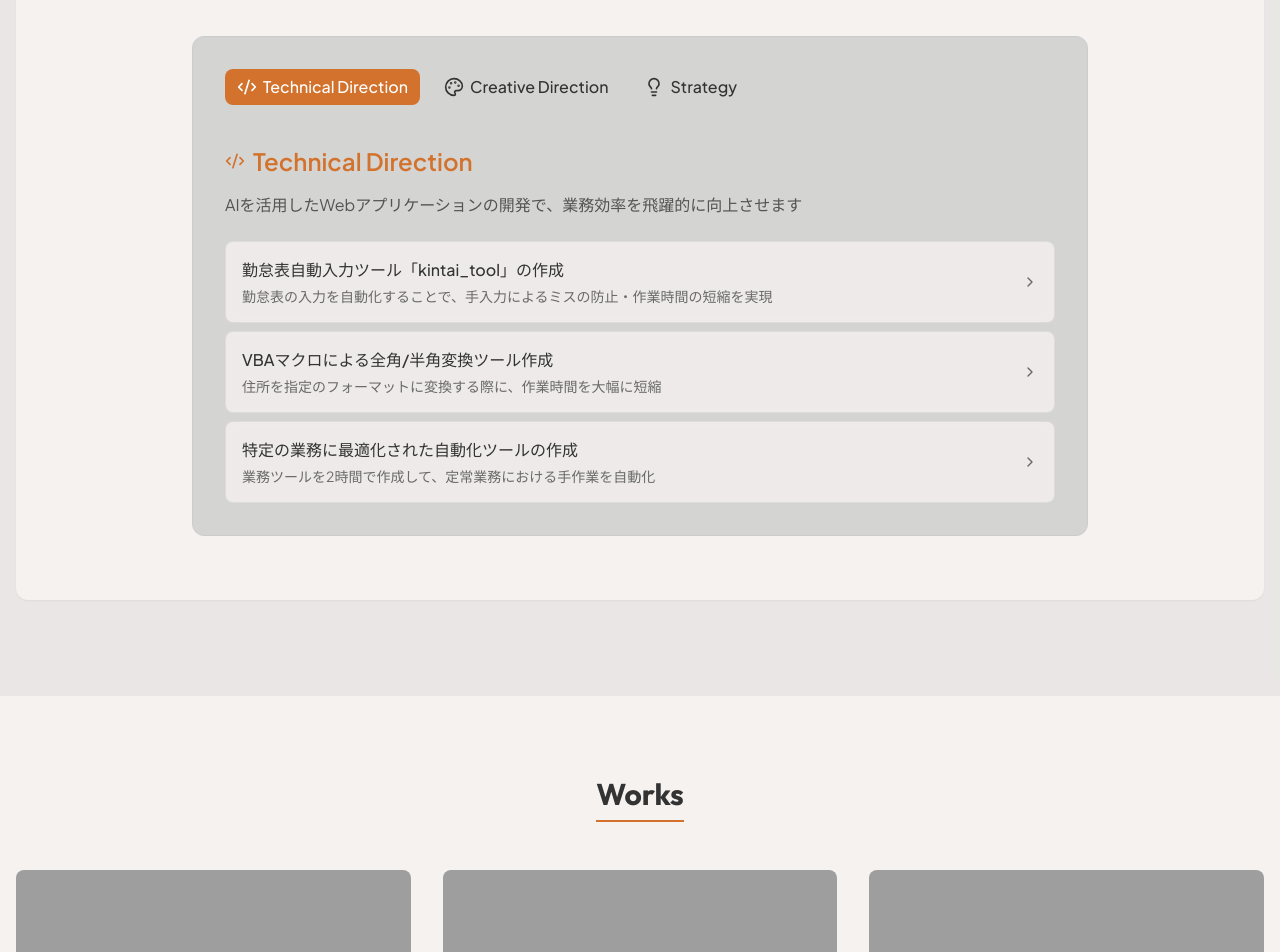
Repository: Tomo0108/portfolio_dot_tomo
Page: /
The author's editor kept a copy of each file at every save. The page is drawn from the files as they stood at one save, then again after a run of saves.
The browser window is 1280 px wide. The pictures show the part of the page from y = 1354 to 2306 px (the page is 3996 px tall).
Pictures or frames that could not be fetched are drawn as grey boxes. The page's requests for data from a server got no answer. The project was rebuilt for these pictures with package versions that can differ from the ones it lists, and the page was loaded fresh each time. The framework's server and built-in components were replaced by stand-ins that run in the browser. No one was signed in, and anything a server would have sent is missing. Also part of the build but not shown: next.config.js, components/loading-spinner.tsx.

Above is the page before, as saved 2025-03-23 16:46:24.

### app/layout.tsx
import './globals.css';
import type { Metadata } from 'next';
import { Outfit, Plus_Jakarta_Sans } from 'next/font/google';
import { ThemeProvider } from '@/components/theme-provider';
import { Toaster } from '@/components/ui/sonner';
import { Navigation } from '@/components/navigation';
import { Footer } from '@/components/footer';
import { cn } from '@/lib/utils';

const outfit = Outfit({
  subsets: ['latin'],
  variable: '--font-outfit',
});

const plusJakartaSans = Plus_Jakarta_Sans({
  subsets: ['latin'],
  variable: '--font-plus-jakarta-sans',
});

export const metadata: Metadata = {
  title: 'Portfolio | Tomo',
  description: 'Welcome to my portfolio website.',
};

export default function RootLayout({
  children,
}: {
  children: React.ReactNode;
}) {
  return (
    <html lang="en" suppressHydrationWarning>
      <body className={cn(
        outfit.variable,
        plusJakartaSans.variable,
        'min-h-screen bg-background font-sans antialiased'
      )}>
        <ThemeProvider
          attribute="class"
          defaultTheme="system"
          enableSystem
          disableTransitionOnChange
        >
          <Navigation />
          {children}
          <Footer />
          <Toaster />
        </ThemeProvider>
      </body>
    </html>
  );
}

### app/page.tsx
import { Suspense } from 'react';
import { Hero } from '@/components/sections/hero';
import { About } from '@/components/sections/about';
import { Works } from '@/components/sections/works';
import { ZennArticlesLoader } from '@/components/sections/zenn-articles-loader';
import { Gallery } from '@/components/sections/gallery';
import { Contact } from '@/components/sections/contact';
import { LoadingSpinner } from '@/components/loading-spinner';

export default function Home() {
  return (
    <div className="w-full">
      <Hero />
      <About />
      <Suspense fallback={<LoadingSpinner />}>
        <Works />
      </Suspense>
      <Suspense fallback={<LoadingSpinner />}>
        <ZennArticlesLoader />
      </Suspense>
      <Suspense fallback={<LoadingSpinner />}>
        <Gallery />
      </Suspense>
      <Contact />
    </div>
  );
}

### components/ui/sonner.tsx
'use client';

import { useTheme } from 'next-themes';
import { Toaster as Sonner } from 'sonner';

type ToasterProps = React.ComponentProps<typeof Sonner>;

const Toaster = ({ ...props }: ToasterProps) => {
  const { theme = 'system' } = useTheme();

  return (
    <Sonner
      theme={theme as ToasterProps['theme']}
      className="toaster group"
      toastOptions={{
        classNames: {
          toast:
            'group toast group-[.toaster]:bg-background group-[.toaster]:text-foreground group-[.toaster]:border-border group-[.toaster]:shadow-lg',
          description: 'group-[.toast]:text-muted-foreground',
          actionButton:
            'group-[.toast]:bg-primary group-[.toast]:text-primary-foreground',
          cancelButton:
            'group-[.toast]:bg-muted group-[.toast]:text-muted-foreground',
        },
      }}
      {...props}
    />
  );
};

export { Toaster };

### components/sections/hero.tsx
"use client";

import { motion } from 'framer-motion';
import { RotatingNav } from '../rotating-nav';

export function Hero() {
  return (
    <section className="section-hero min-h-screen flex items-center justify-center relative bg-background/80 overflow-hidden">
      <div className="relative w-[90vh] h-[90vh] max-w-[90vw] max-h-[90vw] mx-auto backdrop-blur-sm">
        <div className="absolute inset-0 flex items-center justify-center">
          <motion.div
            className="text-center space-y-8 hero-text transition-opacity duration-300 [.nav-paused_&]:opacity-50 relative z-20"
            initial={{ opacity: 0, scale: 0.9 }}
            animate={{ opacity: 1, scale: 1 }}
            transition={{ duration: 0.5 }}
          >
            <h1 className="heading-hero text-5xl md:text-6xl lg:text-7xl font-bold leading-tight">
              <span className="text-primary">Portfolio.ToMo</span>
            </h1>
          </motion.div>
        </div>
        <RotatingNav />
      </div>
    </section>
  );
}

### components/sections/works.tsx
"use client";

import { motion } from 'framer-motion';
import Image from 'next/image';
import { ExternalLink } from 'lucide-react';

const works = [
  {
    title: "ECサイトのリデザイン",
    description: "大手ECプラットフォームの全面的なリデザインを主導し、コンバージョン率を40%改善",
    image: "https://images.unsplash.com/photo-1661956602116-aa6865609028?w=800&q=80",
    link: "#"
  },
  {
    title: "コーポレートサイト開発",
    description: "ユーザー体験を重視したレスポンシブ対応のコーポレートサイトの開発を指揮",
    image: "https://images.unsplash.com/photo-1460925895917-afdab827c52f?w=800&q=80",
    link: "#"
  },
  {
    title: "モバイルアプリのUI/UXデザイン",
    description: "人気モバイルアプリケーションのユーザーインターフェースとエクスペリエンスデザインを担当",
    image: "https://images.unsplash.com/photo-1512941937669-90a1b58e7e9c?w=800&q=80",
    link: "#"
  }
];

export function Works() {
  return (
    <section id="works" className="section-works py-20">
      <div className="container mx-auto px-4">
        <motion.div
          initial={{ opacity: 0, y: 20 }}
          whileInView={{ opacity: 1, y: 0 }}
          viewport={{ once: true }}
          transition={{ duration: 0.8 }}
        >
          <h2 className="text-3xl font-bold font-heading text-center mb-12">
            <span className="inline-block border-b-2 border-primary pb-2">Works</span>
          </h2>
          <div className="grid md:grid-cols-2 lg:grid-cols-3 gap-8">
            {works.map((work, index) => (
              <motion.div
                key={work.title}
                className="group relative overflow-hidden rounded-lg"
                initial={{ opacity: 0, y: 20 }}
                whileInView={{ opacity: 1, y: 0 }}
                viewport={{ once: true }}
                transition={{ duration: 0.8, delay: index * 0.2 }}
              >
                <div className="relative aspect-video">
                  <Image
                    src={work.image}
                    alt={work.title}
                    fill
                    className="object-cover transition-transform group-hover:scale-105"
                  />
                </div>
                <div className="absolute inset-0 bg-black/60 opacity-0 group-hover:opacity-100 transition-opacity p-6 flex flex-col justify-end">
                  <h3 className="text-white text-xl font-semibold mb-2">{work.title}</h3>
                  <p className="text-white/80 text-sm mb-4">{work.description}</p>
                  <a
                    href={work.link}
                    className="inline-flex items-center text-white hover:text-white/80"
                    target="_blank"
                    rel="noopener noreferrer"
                  >
                    View Project <ExternalLink className="ml-2 h-4 w-4" />
                  </a>
                </div>
              </motion.div>
            ))}
          </div>
        </motion.div>
      </div>
    </section>
  );
}

### components/sections/zenn-articles-loader.tsx
import { fetchZennArticles } from '@/lib/zenn';
import { ZennArticles } from './zenn-articles';

export async function ZennArticlesLoader() {
  try {
    const articles = await fetchZennArticles('tomo0108');
    return <ZennArticles articles={articles} />;
  } catch (error) {
    console.error('Failed to load Zenn articles:', error);
    return <ZennArticles articles={[]} />;
  }
}

### components/sections/contact.tsx
"use client";

import { motion } from 'framer-motion';
import { Mail, MessageSquare, Send } from 'lucide-react';
import { Button } from '@/components/ui/button';
import { Input } from '@/components/ui/input';
import { Textarea } from '@/components/ui/textarea';
import { toast } from 'sonner';

export function Contact() {
  const handleSubmit = (e: React.FormEvent) => {
    e.preventDefault();
    toast.success('メッセージを送信しました！');
  };

  return (
    <section id="contact" className="py-20 bg-muted/50">
      <div className="container mx-auto px-4">
        <motion.div
          initial={{ opacity: 0, y: 20 }}
          whileInView={{ opacity: 1, y: 0 }}
          viewport={{ once: true }}
          transition={{ duration: 0.8 }}
          className="max-w-2xl mx-auto"
        >
          <h2 className="text-3xl font-bold text-center mb-12">Contact</h2>
          <form onSubmit={handleSubmit} className="space-y-6">
            <div>
              <label htmlFor="email" className="block text-sm font-medium mb-2">
                メールアドレス
              </label>
              <div className="relative">
                <Mail className="absolute left-3 top-3 h-5 w-5 text-muted-foreground" />
                <Input
                  id="email"
                  type="email"
                  placeholder="your@email.com"
                  className="pl-10"
                  required
                />
              </div>
            </div>
            <div>
              <label htmlFor="message" className="block text-sm font-medium mb-2">
                メッセージ
              </label>
              <div className="relative">
                <MessageSquare className="absolute left-3 top-3 h-5 w-5 text-muted-foreground" />
                <Textarea
                  id="message"
                  placeholder="メッセージを入力してください..."
                  className="pl-10 min-h-[150px]"
                  required
                />
              </div>
            </div>
            <Button type="submit" className="w-full">
              メッセージを送信
              <Send className="ml-2 h-4 w-4" />
            </Button>
          </form>
        </motion.div>
      </div>
    </section>
  );
}

### components/mode-toggle.tsx
"use client";

import * as React from "react";
import { Moon, Sun } from "lucide-react";
import { useTheme } from "next-themes";
import { Button } from "@/components/ui/button";

export function ModeToggle() {
  const { setTheme, theme } = useTheme();

  return (
    <Button
      variant="ghost"
      size="icon"
      onClick={() => setTheme(theme === "light" ? "dark" : "light")}
    >
      <Sun className="h-[1.2rem] w-[1.2rem] rotate-0 scale-100 transition-all dark:-rotate-90 dark:scale-0" />
      <Moon className="absolute h-[1.2rem] w-[1.2rem] rotate-90 scale-0 transition-all dark:rotate-0 dark:scale-100" />
      <span className="sr-only">Toggle theme</span>
    </Button>
  );
}

### lib/zenn.ts
interface ZennArticle {
  id: number;
  title: string;
  slug: string;
  published_at: string;
  liked_count: number;
  article_type: string;
  emoji: string;
  path: string;
}

interface ZennResponse {
  articles: ZennArticle[];
}

export async function fetchZennArticles(username: string) {
  const response = await fetch(`https://zenn.dev/api/articles?username=${username}`, {
    headers: {
      'Content-Type': 'application/json',
    },
    next: { revalidate: 3600 }, // 1時間ごとに再検証
  });

  if (!response.ok) {
    throw new Error('Failed to fetch Zenn articles');
  }

  const data: ZennResponse = await response.json();
  return data.articles.map(article => ({
    id: article.id,
    title: article.title,
    url: `https://zenn.dev${article.path}`,
    date: new Date(article.published_at).toISOString(),
    likes: article.liked_count,
    emoji: article.emoji,
  }));
}

### data/gallery.ts
export interface GalleryItem {
  id: string;
  title: string;
  description: string;
  image: string;
  details: {
    fullDescription: string;
    technologies: string[];
    images: {
      line: string;
      color: string;
      complete: string;
    };
  };
}

export const galleryItems: { [key: string]: GalleryItem } = {
  "1": {
    id: "1",
    title: "Nahida",
    description: "原神のキャラクター、ナヒーダのイラスト作品",
    image: "/gallery/genshin_nahida1.JPG",
    details: {
      fullDescription: "草神ナヒーダの優しさと知性を表現したイラスト作品です。",
      technologies: ["Procreate", "Digital Painting"],
      images: {
        line: "/gallery/genshin_nahida1_line.JPG",
        color: "/gallery/genshin_nahida1_color.JPG",
        complete: "/gallery/genshin_nahida1.JPG"
      }
    }
  },
  "2": {
    id: "2",
    title: "Nahida II",
    description: "原神のキャラクター、ナヒーダの第二イラスト作品",
    image: "/gallery/genshin_nahida2.JPG",
    details: {
      fullDescription: "草神ナヒーダの別の表情を描いた作品です。",
      technologies: ["Procreate", "Digital Painting"],
      images: {
        line: "/gallery/genshin_nahida2_line.JPG",
        color: "/gallery/genshin_nahida2_color.JPG",
        complete: "/gallery/genshin_nahida2.JPG"
      }
    }
  },
  "3": {
    id: "3",
    title: "Killua",
    description: "HUNTER×HUNTERのキャラクター、キルアのイラスト作品",
    image: "/gallery/hunterxhunter_kirua.JPG",
    details: {
      fullDescription: "キルアの少年らしい表情と強さを表現した作品です。",
      technologies: ["Procreate", "Digital Painting"],
      images: {
        line: "/gallery/hunterxhunter_kirua_line.JPG",
        color: "/gallery/hunterxhunter_kirua_color.JPG",
        complete: "/gallery/hunterxhunter_kirua.JPG"
      }
    }
  },
  "4": {
    id: "4",
    title: "Pokemon New Year [Dragon]",
    description: "ポケモンたちとのお正月をテーマにしたイラスト作品",
    image: "/gallery/pokemon_newyear.JPG",
    details: {
      fullDescription: "ポケモンたちと日本の伝統的なお正月を楽しむ様子を描いた作品です。",
      technologies: ["Procreate", "Digital Painting"],
      images: {
        line: "/gallery/pokemon_newyear_line.JPG",
        color: "/gallery/pokemon_newyear_color.JPG",
        complete: "/gallery/pokemon_newyear.JPG"
      }
    }
  },
  "5": {
    id: "5",
    title: "Pokemon Christmas",
    description: "ポケモンたちとのクリスマスをテーマにしたイラスト作品",
    image: "/gallery/pokemon-christmas.JPG",
    details: {
      fullDescription: "ポケモンたちとクリスマスを楽しむ様子を描いた作品です。",
      technologies: ["Procreate", "Digital Painting"],
      images: {
        line: "/gallery/pokemon-christmas_color_line.JPG",
        color: "/gallery/pokemon-christmas_color.JPG",
        complete: "/gallery/pokemon-christmas.JPG"
      }
    }
  }
};

### components/ui/button.tsx
import * as React from 'react';
import { Slot } from '@radix-ui/react-slot';
import { cva, type VariantProps } from 'class-variance-authority';

import { cn } from '@/lib/utils';

const buttonVariants = cva(
  'inline-flex items-center justify-center whitespace-nowrap rounded-md text-sm font-medium ring-offset-background transition-colors focus-visible:outline-none focus-visible:ring-2 focus-visible:ring-ring focus-visible:ring-offset-2 disabled:pointer-events-none disabled:opacity-50',
  {
    variants: {
      variant: {
        default: 'bg-primary text-primary-foreground hover:bg-primary/90',
        destructive:
          'bg-destructive text-destructive-foreground hover:bg-destructive/90',
        outline:
          'border border-input bg-background hover:bg-accent hover:text-accent-foreground',
        secondary:
          'bg-secondary text-secondary-foreground hover:bg-secondary/80',
        ghost: 'hover:bg-accent hover:text-accent-foreground',
        link: 'text-primary underline-offset-4 hover:underline',
      },
      size: {
        default: 'h-10 px-4 py-2',
        sm: 'h-9 rounded-md px-3',
        lg: 'h-11 rounded-md px-8',
        icon: 'h-10 w-10',
      },
    },
    defaultVariants: {
      variant: 'default',
      size: 'default',
    },
  }
);

export interface ButtonProps
  extends React.ButtonHTMLAttributes<HTMLButtonElement>,
    VariantProps<typeof buttonVariants> {
  asChild?: boolean;
}

const Button = React.forwardRef<HTMLButtonElement, ButtonProps>(
  ({ className, variant, size, asChild = false, ...props }, ref) => {
    const Comp = asChild ? Slot : 'button';
    return (
      <Comp
        className={cn(buttonVariants({ variant, size, className }))}
        ref={ref}
        {...props}
      />
    );
  }
);
Button.displayName = 'Button';

export { Button, buttonVariants };

### components/ui/input.tsx
import * as React from 'react';

import { cn } from '@/lib/utils';

export interface InputProps
  extends React.InputHTMLAttributes<HTMLInputElement> {}

const Input = React.forwardRef<HTMLInputElement, InputProps>(
  ({ className, type, ...props }, ref) => {
    return (
      <input
        type={type}
        className={cn(
          'flex h-10 w-full rounded-md border border-input bg-background px-3 py-2 text-sm ring-offset-background file:border-0 file:bg-transparent file:text-sm file:font-medium file:text-foreground placeholder:text-muted-foreground focus-visible:outline-none focus-visible:ring-2 focus-visible:ring-ring focus-visible:ring-offset-2 disabled:cursor-not-allowed disabled:opacity-50',
          className
        )}
        ref={ref}
        {...props}
      />
    );
  }
);
Input.displayName = 'Input';

export { Input };

### components/ui/textarea.tsx
import * as React from 'react';

import { cn } from '@/lib/utils';

export interface TextareaProps
  extends React.TextareaHTMLAttributes<HTMLTextAreaElement> {}

const Textarea = React.forwardRef<HTMLTextAreaElement, TextareaProps>(
  ({ className, ...props }, ref) => {
    return (
      <textarea
        className={cn(
          'flex min-h-[80px] w-full rounded-md border border-input bg-background px-3 py-2 text-sm ring-offset-background placeholder:text-muted-foreground focus-visible:outline-none focus-visible:ring-2 focus-visible:ring-ring focus-visible:ring-offset-2 disabled:cursor-not-allowed disabled:opacity-50',
          className
        )}
        ref={ref}
        {...props}
      />
    );
  }
);
Textarea.displayName = 'Textarea';

export { Textarea };

### data/skills.ts
import { Code2, Palette, Lightbulb } from 'lucide-react';
import type { LucideIcon } from 'lucide-react';

export interface Example {
  id: string;
  title: string;
  description: string;
  longDescription: string;
}

export interface Skill {
  Icon: LucideIcon;
  title: string;
  description: string;
  examples: Example[];
}

export const skills: Skill[] = [
  {
    Icon: Code2,
    title: "Technical Direction",
    description: "AIを活用したWebアプリケーションの開発で、業務効率を飛躍的に向上させます",
    examples: [
      {
        id: "tech-1",
        title: "勤怠表自動入力ツール「kintai_tool」の作成",
        description: "勤怠表の入力を自動化することで、手入力によるミスの防止・作業時間の短縮を実現",
        longDescription: "Excelマクロを使用して勤怠表の自動入力を実現。日々の勤務時間を記録したCSVファイルから、会社指定のフォーマットに沿って勤怠表を自動生成します。手入力による転記ミスを防ぎ、月末の勤怠表作成時間を90%削減しました。また、プロジェクトごとの工数集計機能も実装し、業務効率の可視化にも貢献しています。"
      },
      {
        id: "tech-2",
        title: "VBAマクロによる全角/半角変換ツール作成",
        description: "住所を指定のフォーマットに変換する際に、作業時間を大幅に短縮",
        longDescription: "住所データの全角/半角変換を自動化することで、大量のデータ処理を効率化し、作業時間を大幅に削減しました。"
      },
      {
        id: "tech-3",
        title: "特定の業務に最適化された自動化ツールの作成",
        description: "業務ツールを2時間で作成して、定常業務における手作業を自動化",
        longDescription: "詳細な技術仕様や成果についての詳細な説明をここに記載します。"
      }
    ]
  },
  {
    Icon: Palette,
    title: "Creative Direction",
    description: "デザインの提案と実装をリードし、ユーザー体験を向上させます",
    examples: [
      {
        id: "creative-1",
        title: "UXリデザインプロジェクト",
        description: "ユーザビリティテストに基づくUI改善で、コンバージョン率が25%向上",
        longDescription: "詳細な技術仕様や成果についての詳細な説明をここに記載します。"
      },
      {
        id: "creative-2",
        title: "デザインシステムの構築",
        description: "コンポーネントライブラリとガイドラインの整備で開発効率が30%改善",
        longDescription: "詳細な技術仕様や成果についての詳細な説明をここに記載します。"
      },
      {
        id: "creative-3",
        title: "ブランドアイデンティティ刷新",
        description: "一貫性のあるビジュアル表現の確立でブランド認知度が向上",
        longDescription: "詳細な技術仕様や成果についての詳細な説明をここに記載します。"
      }
    ]
  },
  {
    Icon: Lightbulb,
    title: "Strategy",
    description: "作業者の生産性向上のための戦略立案と実行をリードします",
    examples: [
      {
        id: "strategy-1",
        title: "DXコンサルティング",
        description: "業務プロセスのデジタル化で、生産性が40%向上",
        longDescription: "詳細な技術仕様や成果についての詳細な説明をここに記載します。"
      },
      {
        id: "strategy-2",
        title: "データ分析基盤の構築",
        description: "KPIモニタリングシステムの導入で、意思決定の迅速化を実現",
        longDescription: "詳細な技術仕様や成果についての詳細な説明をここに記載します。"
      },
      {
        id: "strategy-3",
        title: "プロジェクト管理改善",
        description: "アジャイル手法の導入で、開発サイクルを50%短縮",
        longDescription: "詳細な技術仕様や成果についての詳細な説明をここに記載します。"
      }
    ]
  }
];

Loaded but not shown: components/theme-provider.tsx (common file); lib/utils.ts (common file); components/sections/about.tsx (100 lines, source omitted); components/sections/gallery.tsx (142 lines, source omitted); components/rotating-nav.tsx (144 lines, source omitted); components/sections/zenn-articles.tsx (114 lines, source omitted); components/navigation.tsx (125 lines, source omitted); app/globals.css (183 lines, source omitted); components/skills-container.tsx (83 lines, source omitted); components/footer.tsx (52 lines, source omitted); tailwind.config.ts (97 lines, source omitted)

After the next 2 saves:
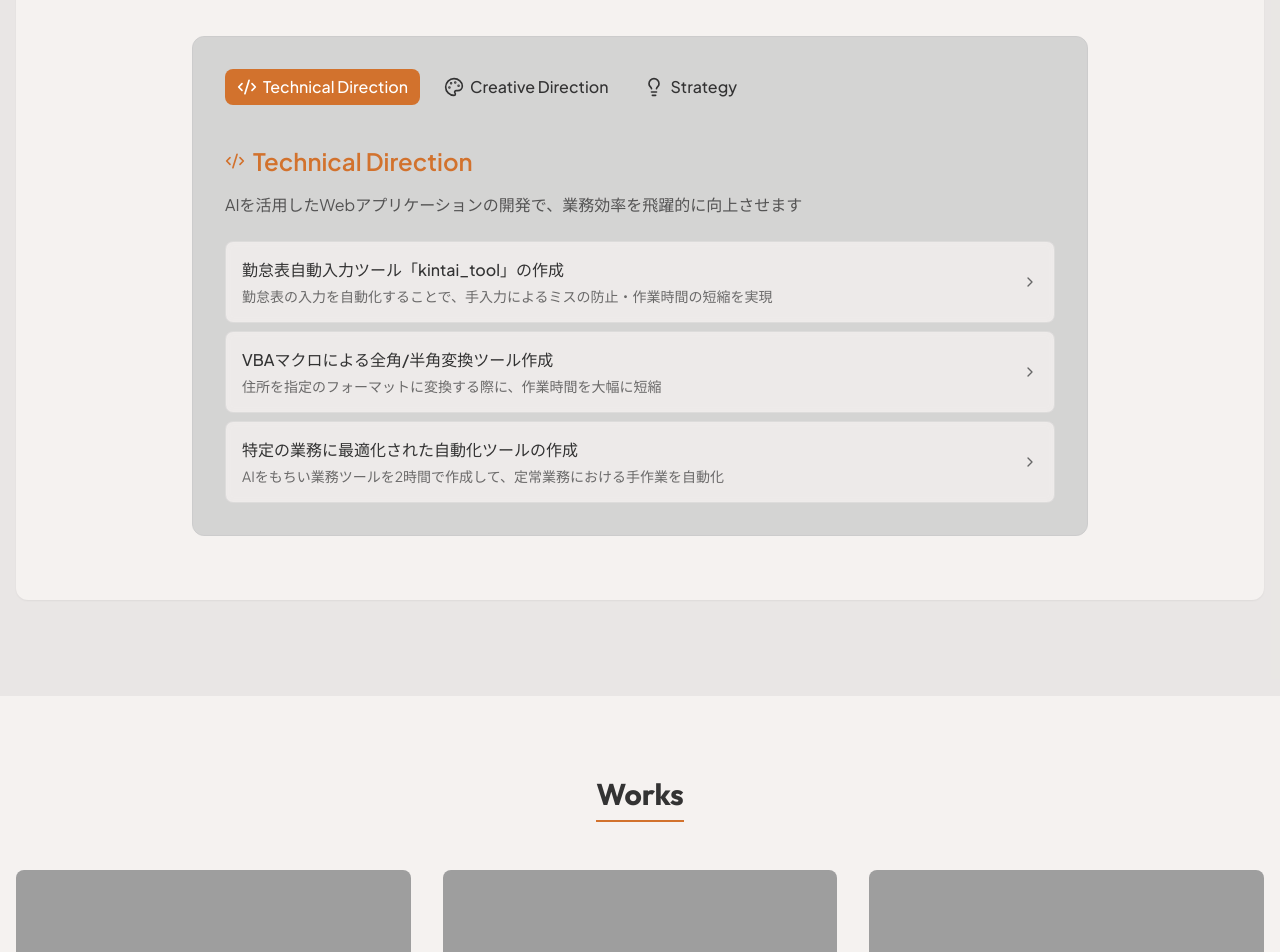
The 2 saves are shown as one change because they came seconds apart.
The last was saved 10 s later.
--- a/data/skills.ts
+++ b/data/skills.ts
@@ -36,7 +36,7 @@ export const skills: Skill[] = [
       {
         id: "tech-3",
         title: "特定の業務に最適化された自動化ツールの作成",
-        description: "業務ツールを2時間で作成して、定常業務における手作業を自動化",
+        description: "AIをもちい業務ツールを2時間で作成して、定常業務における手作業を自動化",
         longDescription: "詳細な技術仕様や成果についての詳細な説明をここに記載します。"
       }
     ]
